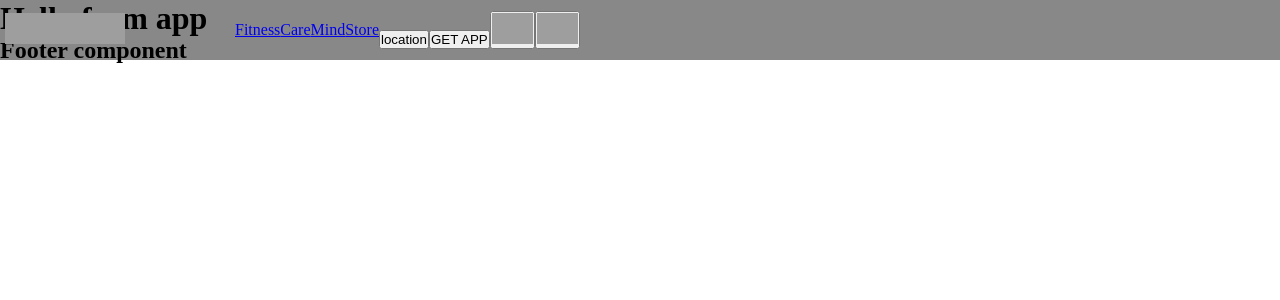
Repository: 1sanjeetsharma/cult-fit-clone
Page: /
These files come from the project's save history. The page is drawn as it stood at one moment and after the next save; the edit follows.
The browser window is 1280 px wide. The pictures show the whole page.
Pictures or frames that could not be fetched are drawn as grey boxes. The project was rebuilt for these pictures with package versions that can differ from the ones it lists, and the page was loaded fresh each time. Also part of the build but not shown: vite.config.js.

Above is the page before, as saved 2023-07-22 22:53:40.

After the next save:
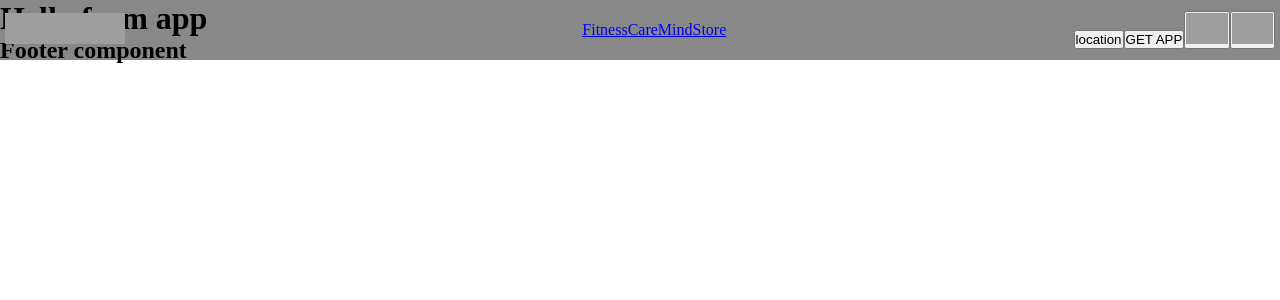
Saved 88 s later.
--- a/src/components/body/Navbar/navbar.css
+++ b/src/components/body/Navbar/navbar.css
@@ -26,7 +26,7 @@ nav {
 	padding: 5px;
 	flex-flow: row wrap;
 	align-items: center;
-	/* justify-content: space-between; */
+	justify-content: space-between;
 }
 .tabs {
 	display: flex;
